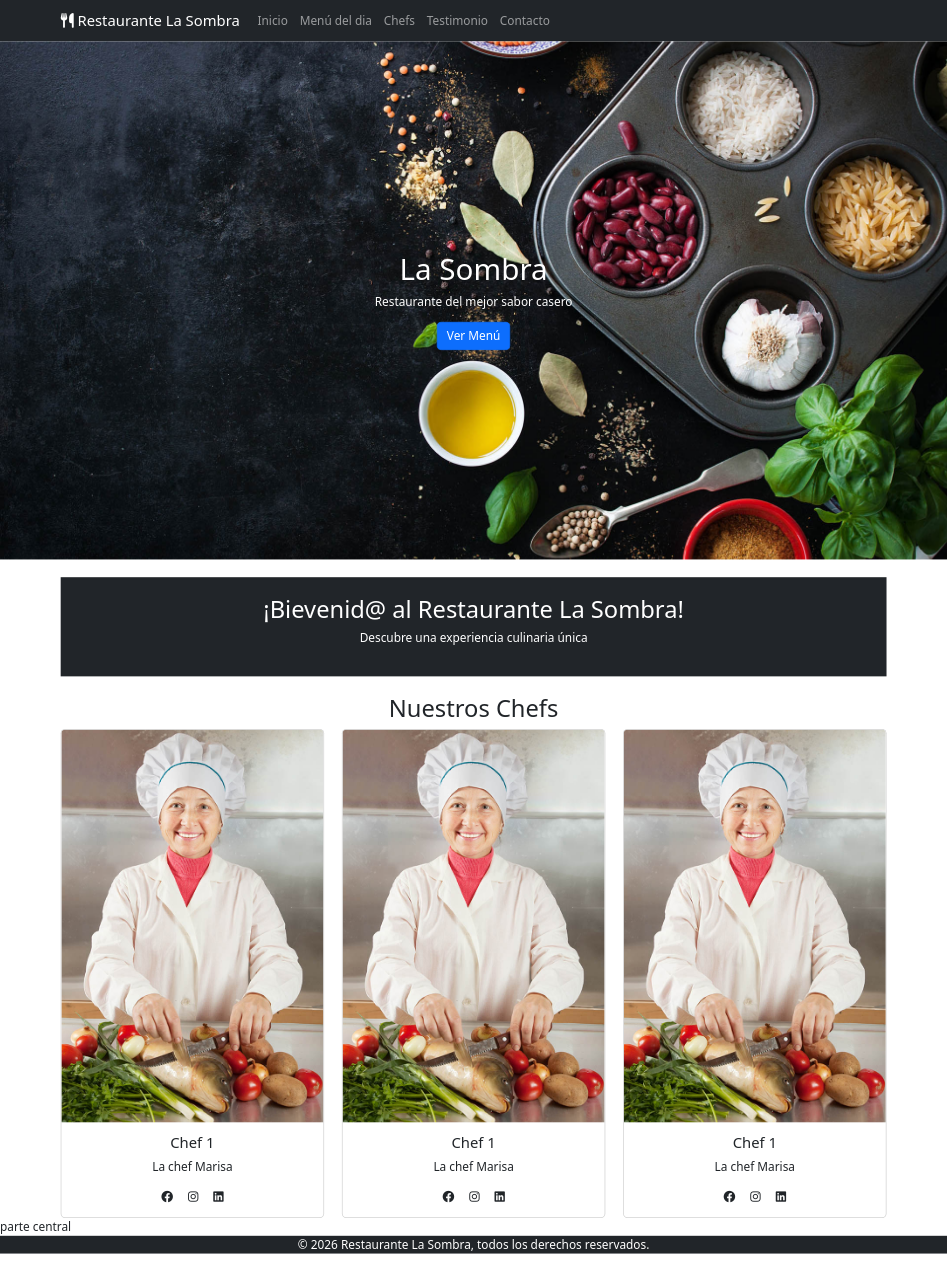
Repository: salextros/Restaurant-Project-PHP-MySQL
Page: http://localhost/restaurant/index.php
The author's editor kept a copy of each file at every save. The page is drawn from the files as they stood at one save, then again after the next save.
The browser window is 1280 px wide. The pictures show the whole page, at 74% of full size.
The page is run by PHP 8.4 with error messages shown; the project is at /var/www/html/.

Above is the page before, as saved 2026-01-17 11:59:09.

After the next save:
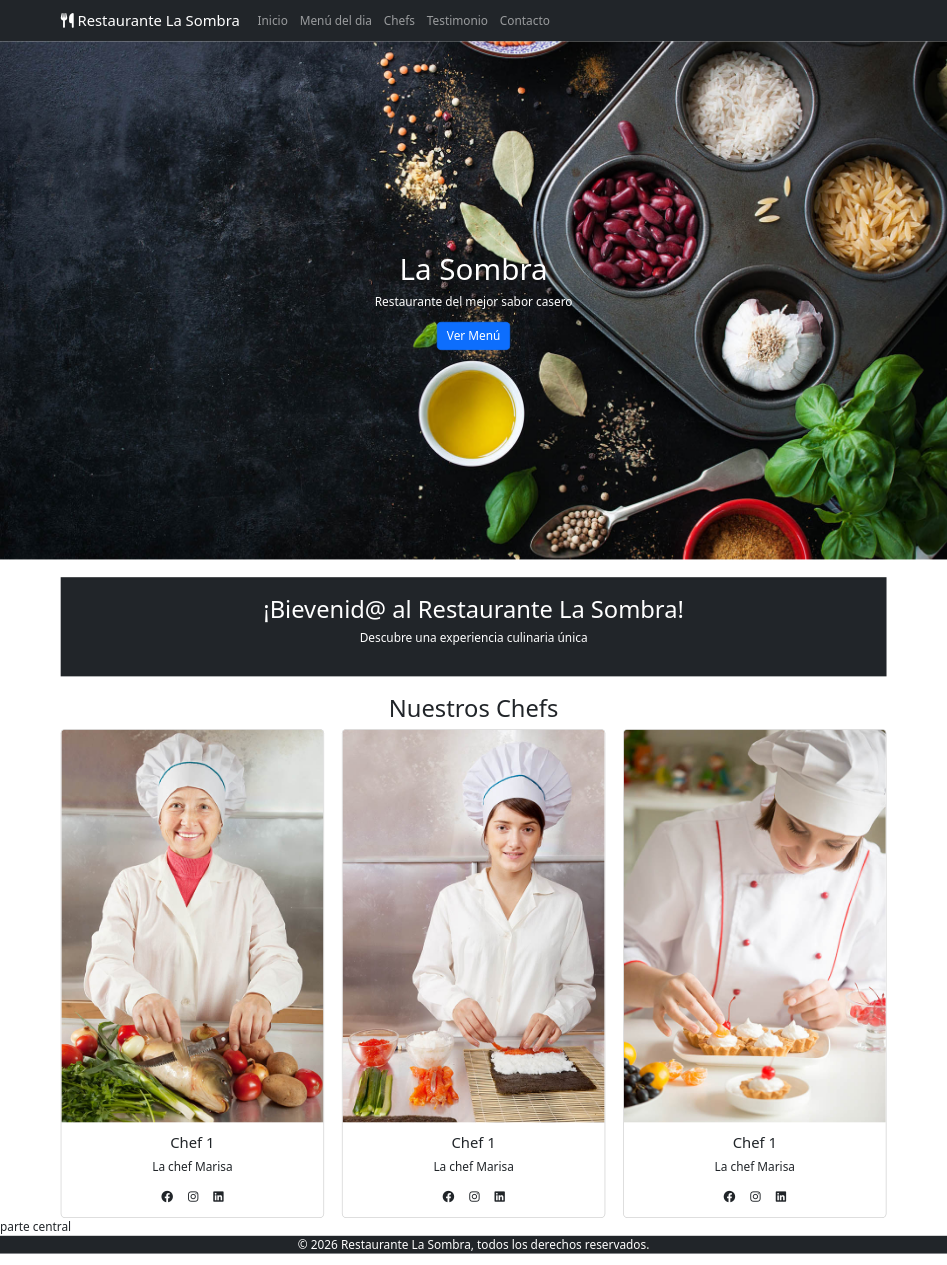
Saved 7 min 1 s later.
--- a/restaurant/index.php
+++ b/restaurant/index.php
@@ -122,7 +122,7 @@
             <div class="col-md-4">
 
             <div class="card">
-                <img src="images/colaboradores/team-image1.jpg"
+                <img src="images/colaboradores/team-image2.jpg"
                 class="card-img-top"
                 alt="Chef 1" />
 
@@ -146,7 +146,7 @@
             <div class="col-md-4">
 
             <div class="card">
-                <img src="images/colaboradores/team-image1.jpg"
+                <img src="images/colaboradores/team-image3.jpg"
                 class="card-img-top"
                 alt="Chef 1" />
 
